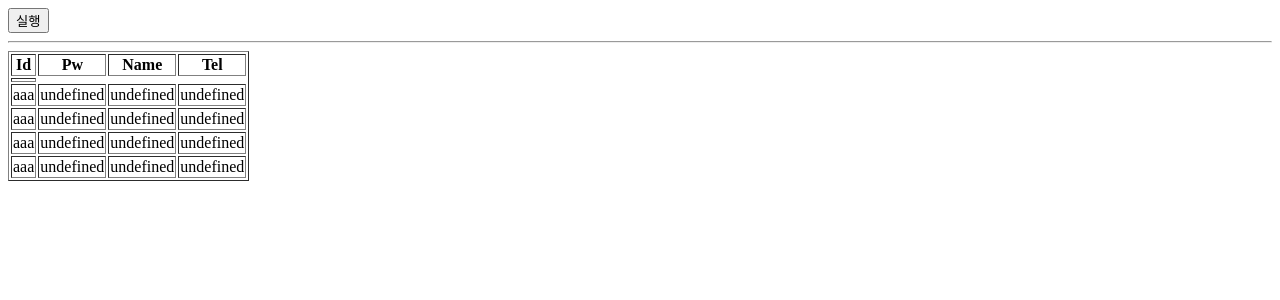
Repository: jinseon5462/Study_Jsp2
Page: http://localhost/ajax_crud/listView.jsp
The author's editor kept a copy of each file at every save. The page is drawn from the files as they stood at one save, then again after the next save.
The browser window is 1280 px wide. The pictures show the whole page.
After loading, the first visible `#btn` was clicked once.
The page is served by Tomcat 9. Other server files are loaded and not shown.

Above is the page before, as saved 2023-01-03 12:33:56.

### jsp_ws/ajax_crud/src/main/webapp/listView.jsp
<%@ page language="java" contentType="text/html; charset=UTF-8"
    pageEncoding="UTF-8"%>
<!DOCTYPE html>
<html>
<head>
<meta charset="UTF-8">
<title></title>
</head>
<body>
<button id="btn">실행</button>
<hr>
<table border="1">
	<tr>
		<th>Id</th>
		<th>Pw</th>
		<th>Name</th>
		<th>Tel</th>
	</tr>
	<tbody id="tbody">
		<tr>
			<td></td>
		</tr>
	</tbody>
</table>
<script>
	const btn = document.querySelector("#btn");
	btn.addEventListener('click', loadDoc);

	function loadDoc() {
		const xhttp = new XMLHttpRequest();
		xhttp.onload = function() {
			let jsonStr = this.responseText;
			alert(jsonStr);
			let obj = JSON.parse(jsonStr);
			const tbody = document.querySelector("#tbody");

			for(var i = 0; i < obj.length; i++){
				tbody.innerHTML += "<tr><td>" + obj[i].id + "</td><td>" + obj.pw + "</td><td>" + obj.name + "</td><td>" + obj.tel + "</td></tr>";
			}


			/* document.getElementById("id").value = obj.id;
			document.getElementById("pw").value = obj.pw;
			document.getElementById("name").value = obj.name;
			document.getElementById("tel").value = obj.tel; */
		}
		xhttp.open("GET", "text.txt");
		xhttp.send();
	}
</script>
</body>
</html>

### jsp_ws/ajax_crud/src/main/webapp/text.txt
[{"id" : "aaa", "pw" : "1111", "name" : "james1", "tel" : "010-1111-1111"},
{"id" : "aaa", "pw" : "1111", "name" : "james2", "tel" : "010-1111-1111"},
{"id" : "aaa", "pw" : "1111", "name" : "james3", "tel" : "010-1111-1111"},
{"id" : "aaa", "pw" : "1111", "name" : "james4", "tel" : "010-1111-1111"}]

After the next save:
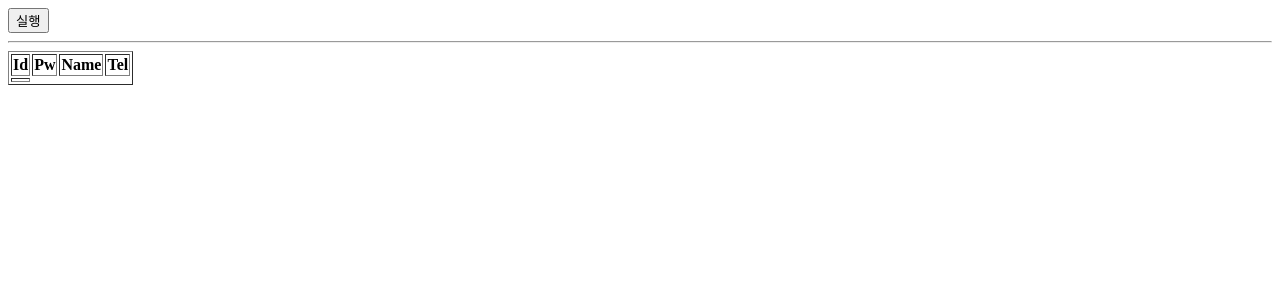
Saved 12 s later.
--- a/jsp_ws/ajax_crud/src/main/webapp/listView.jsp
+++ b/jsp_ws/ajax_crud/src/main/webapp/listView.jsp
@@ -34,9 +34,9 @@
 			let obj = JSON.parse(jsonStr);
 			const tbody = document.querySelector("#tbody");
 
-			for(var i = 0; i < obj.length; i++){
+			/* for(var i = 0; i < obj.length; i++){
 				tbody.innerHTML += "<tr><td>" + obj[i].id + "</td><td>" + obj.pw + "</td><td>" + obj.name + "</td><td>" + obj.tel + "</td></tr>";
-			}
+			} */
 
 
 			/* document.getElementById("id").value = obj.id;
